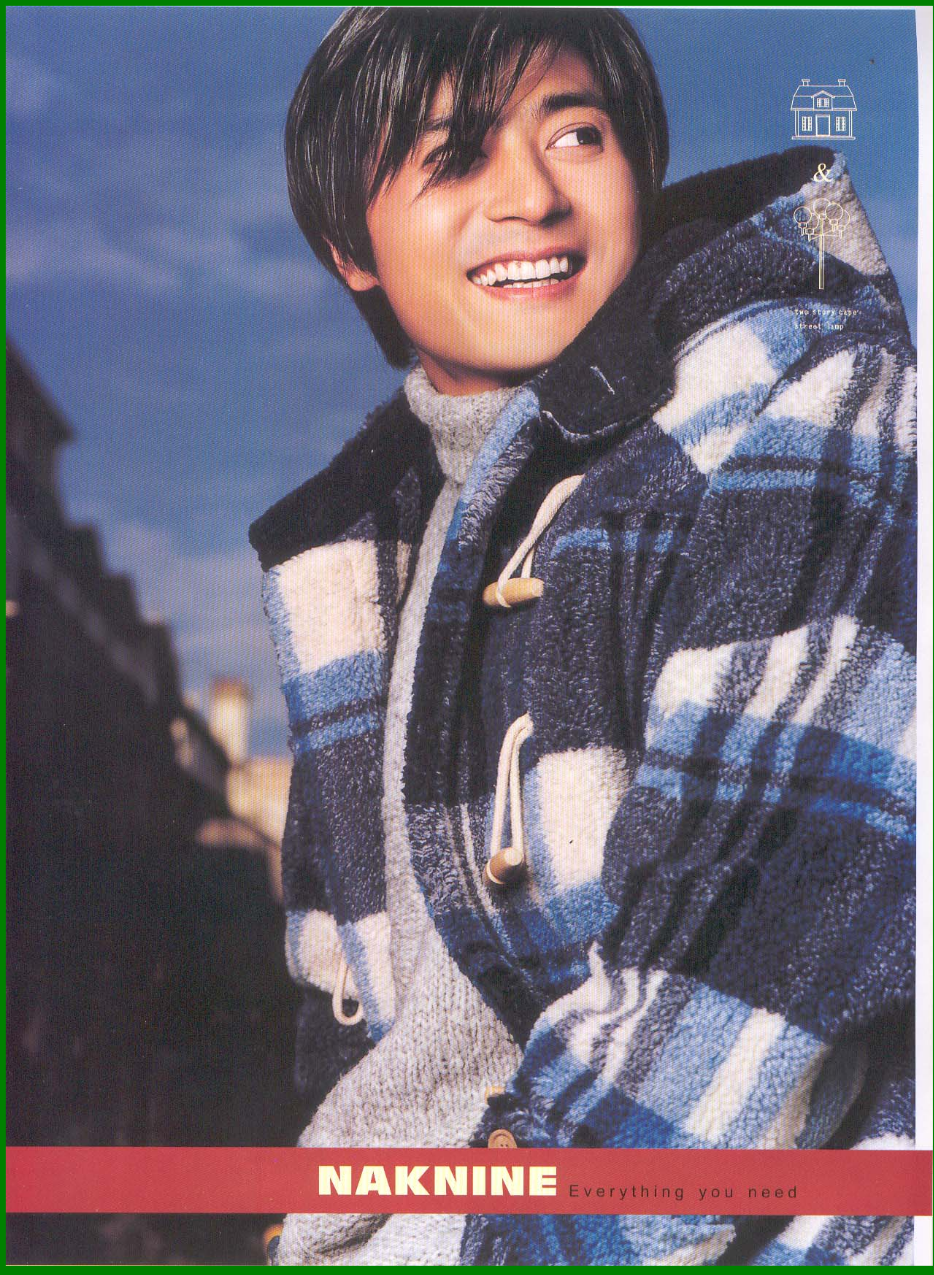
Repository: snowcuphea/webwork_class
Page: clientweb/WebContent/js_basic/js_date_exam.html
An editor plug-in stored every save of this project. The page is shown before and after the next save, followed by the edit.
The browser window is 1280 px wide. The pictures show the whole page, at 73% of full size.

Above is the page before, as saved 2020-01-09 13:29:16.

After the next save:
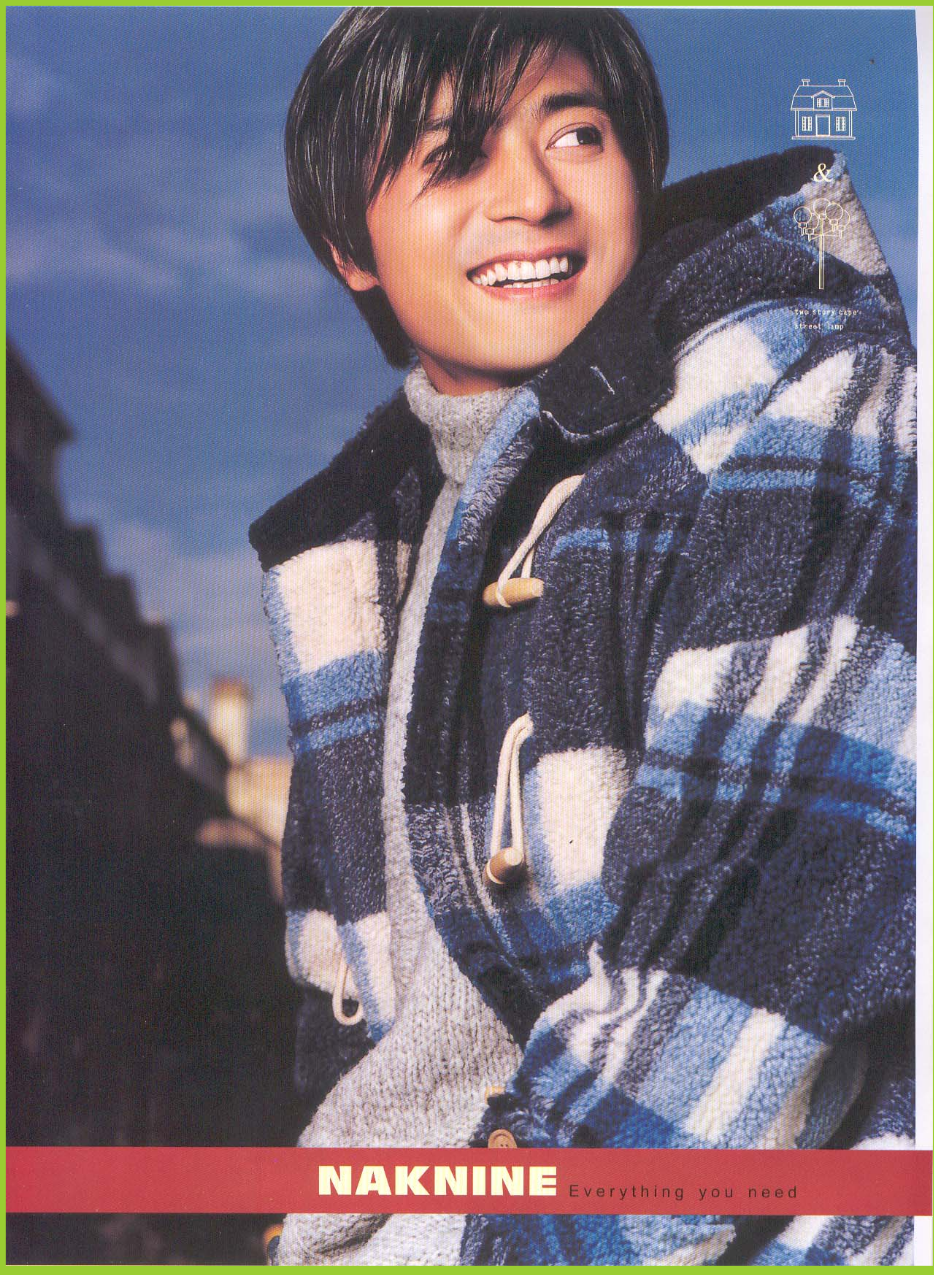
Saved 9 s later.
--- a/clientweb/WebContent/js_basic/js_date_exam.html
+++ b/clientweb/WebContent/js_basic/js_date_exam.html
@@ -38,7 +38,7 @@
 	}
 
 	if(hours < 12){
-		document.bgColor = "green";
+		document.bgColor = "yellowgreen";
 	}else{
 		document.bgColor = "red";
 	}
